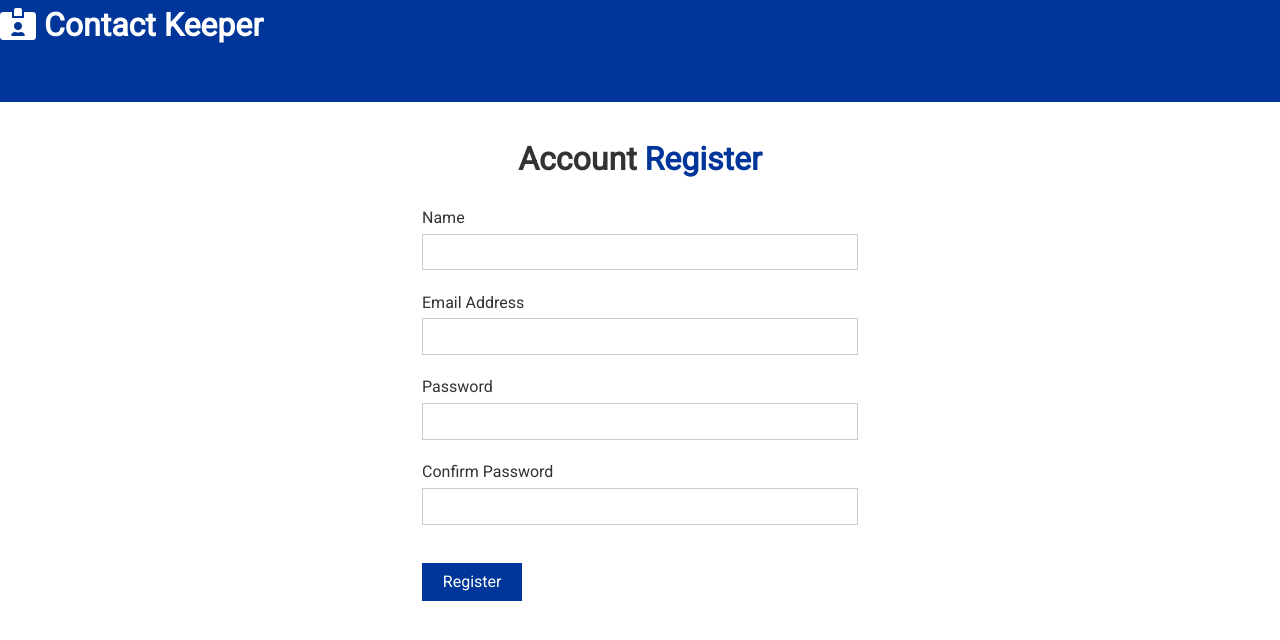
Repository: Takudzwa413/Contact-Keeper
Page: /register (app in client/)
An editor plug-in stored every save of this project. The page is shown before and after the next save, followed by the edit.
The browser window is 1280 px wide. The pictures show the whole page.
Some web libraries are served in a nearby version. The project was rebuilt for these pictures with package versions that can differ from the ones it lists, and the page was loaded fresh each time. Also part of the build but not shown: client/src/components/contacts/ContactItem.js, client/src/components/contacts/Contacts.js, client/src/components/contacts/ContactForm.js, client/src/components/contacts/ContactFilter.js, client/src/components/pages/Home.js, client/src/components/pages/About.js, client/src/components/auth/Login.js.

Above is the page before, as saved 2020-06-20 10:14:33.

After the next save:
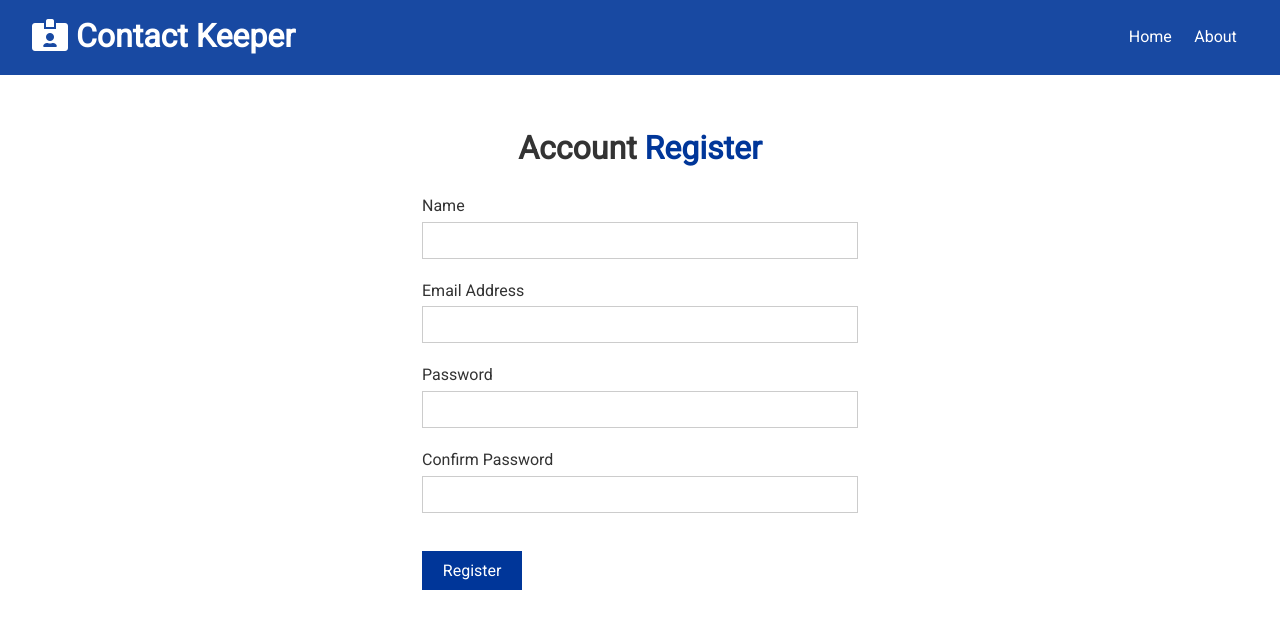
Saved 2 min 20 s later.
--- a/client/src/components/layout/Navbar.js
+++ b/client/src/components/layout/Navbar.js
@@ -5,7 +5,7 @@
 
 const Navbar = ({title ,icon}) => {
     return (
-        <div className='Navbar bg-primary'>
+        <div className='navbar bg-primary'>
             <h1>
                 <i className={icon}/> {title}
             </h1>
